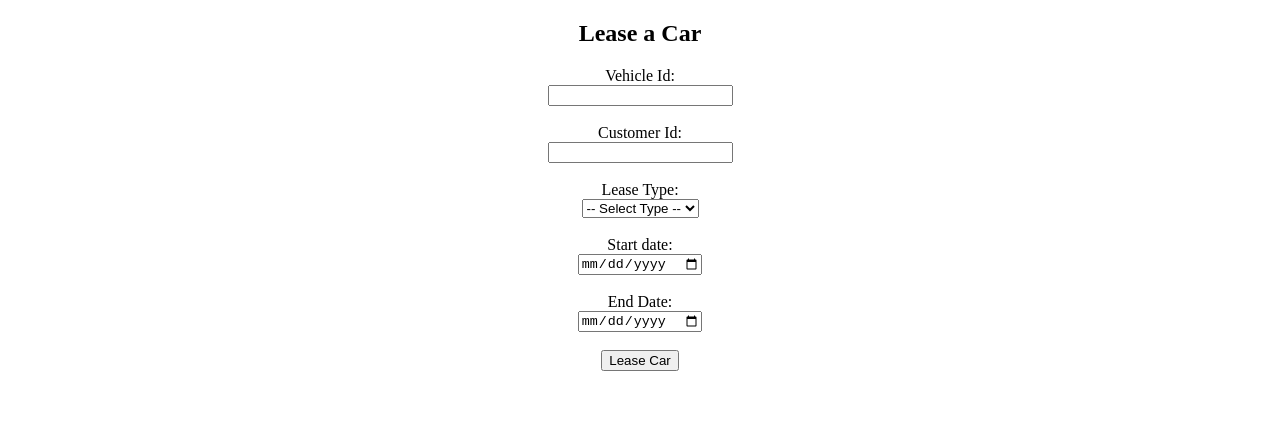
Repository: harsh23012/InfiniteProjects
Page: CarRent/carrent/src/main/webapp/LeaseCar.html
An editor plug-in stored every save of this project. The page is shown before and after the next save, followed by the edit.
The browser window is 1280 px wide. The pictures show the whole page.

Above is the page before, as saved 2025-05-05 08:55:11.

### CarRent/carrent/src/main/webapp/LeaseCar.html
<!DOCTYPE html>
<html>
<head>
<meta charset="UTF-8">
<title>Insert title here</title>
</head>
<body>
	<form method="post" action="addLeaseServlet">
        <center>
            <h2>Lease a Car</h2>

            Vehicle Id: <br>
            <input type="number" name="vehId" required /><br><br>

            Customer Id: <br>
            <input type="number" name="custId" required /><br><br>

            Lease Type: <br>
            <select name="leaseType" required>
                <option value="">-- Select Type --</option>
                <option value="DailyLease">Daily</option>
                <option value="MonthlyLeasee">Monthly</option>
            </select><br><br>

            Start date: <br>
            <input type="date" name="startDate" required /><br><br>

            End Date: <br>
            <input type="date" name="endDate" required /><br><br>


            <input type="submit" value="Lease Car" />
        </center>
    </form>
</body>
</html>

After the next save:
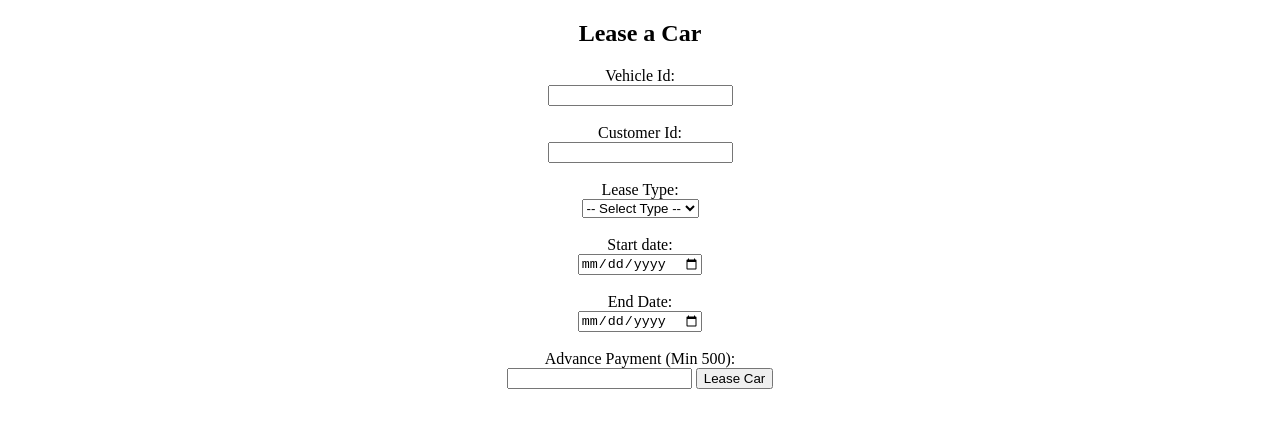
Saved 2 min 51 s later.
--- a/CarRent/carrent/src/main/webapp/LeaseCar.html
+++ b/CarRent/carrent/src/main/webapp/LeaseCar.html
@@ -28,6 +28,9 @@
             End Date: <br>
             <input type="date" name="endDate" required /><br><br>
 
+            Advance Payment (Min 500): <br>
+            <input type="number" value="advAmount" min="500" required>
+
 
             <input type="submit" value="Lease Car" />
         </center>
